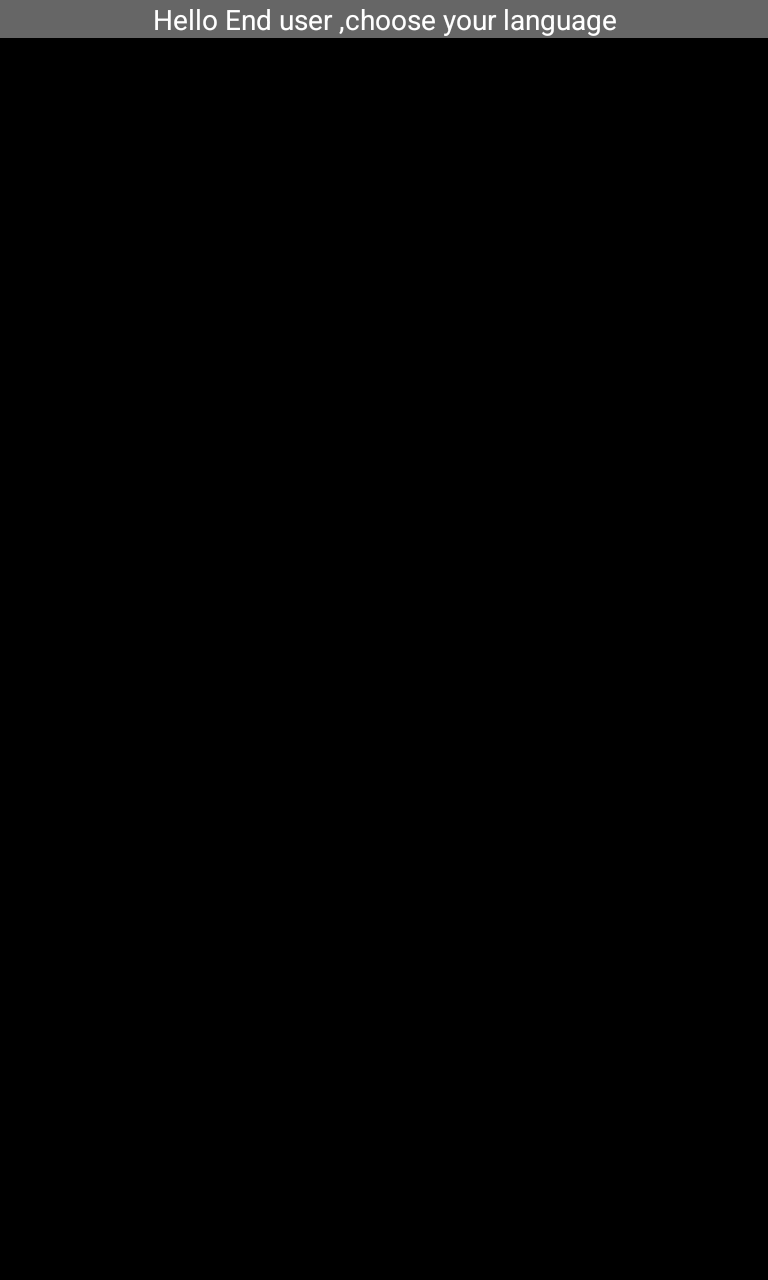
Repository: androportal/APL-apk
Layout: test/chooselanguage/res/layout/main.xml
An editor plug-in stored every save of this project. The layout is shown before and after the next save, followed by the edit.
It is drawn on a 768 x 1280 px phone screen (xhdpi) without system bars, with theme android:Theme; the app's code is not run.

Above is the layout before, as saved 2012-05-18 13:32:23.

### test/chooselanguage/res/layout/main.xml
<?xml version="1.0" encoding="utf-8"?>
<LinearLayout xmlns:android="http://schemas.android.com/apk/res/android"
    android:layout_width="fill_parent"
    android:layout_height="fill_parent"
    android:orientation="vertical" >

    <TextView
        android:layout_width="fill_parent"
        android:layout_height="wrap_content"
        android:text="@string/language"
        android:textColor="#ffffff"
        android:background="#666666"
        android:gravity="center"
         />

</LinearLayout>

### test/chooselanguage/res/values/strings.xml
<?xml version="1.0" encoding="utf-8"?>
<resources>

    <string name="language">Hello End user ,choose your language</string>
    <string name="app_name">Choose your language</string>
    <string name="open_c">C</string>
    <string name="open_scilab">w3scilab</string>
    <string name="open_cplusplus">C++</string>
    <string name="open_python">Python</string>
    <string name="open_java">Java</string>

</resources>

After the next save:
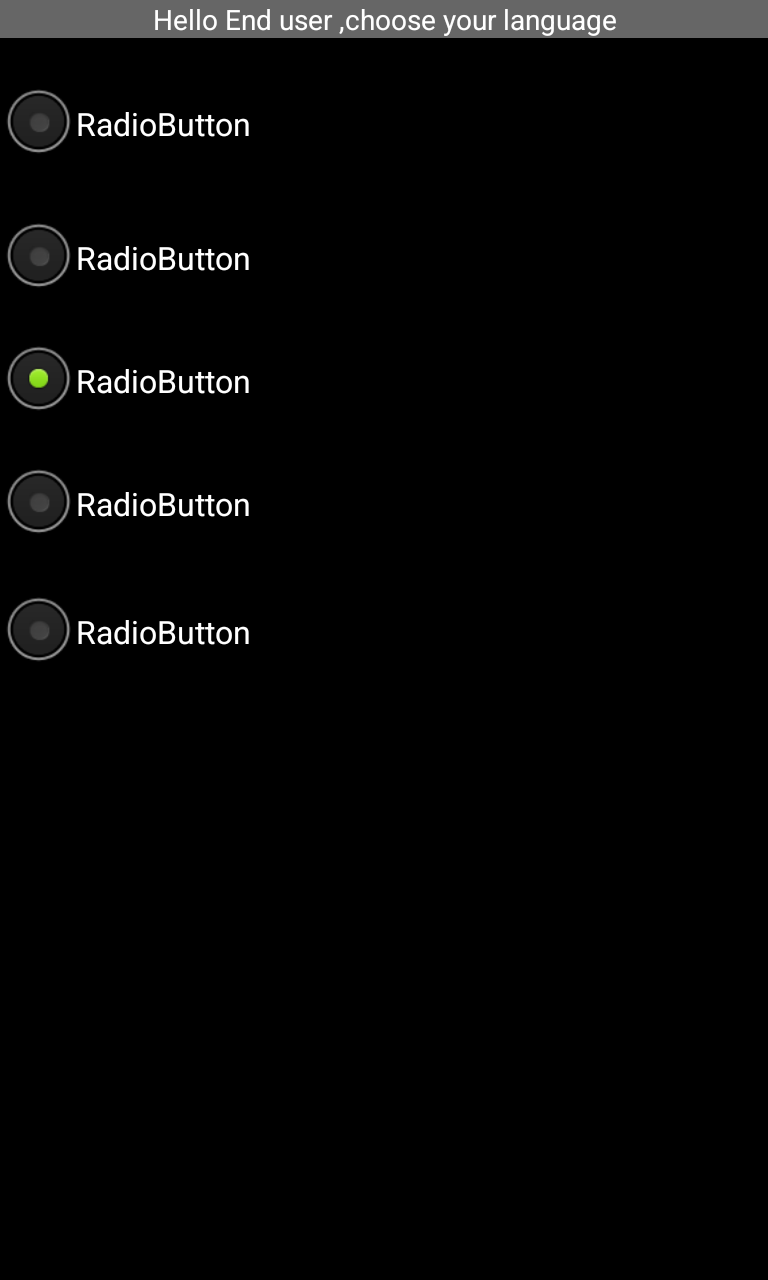
Saved 4 min 2 s later.
--- a/test/chooselanguage/res/layout/main.xml
+++ b/test/chooselanguage/res/layout/main.xml
@@ -1,16 +1,55 @@
 <?xml version="1.0" encoding="utf-8"?>
 <LinearLayout xmlns:android="http://schemas.android.com/apk/res/android"
     android:layout_width="fill_parent"
-    android:layout_height="fill_parent"
+    android:layout_height="wrap_content"
     android:orientation="vertical" >
 
     <TextView
         android:layout_width="fill_parent"
         android:layout_height="wrap_content"
-        android:text="@string/language"
-        android:textColor="#ffffff"
+        android:layout_gravity="center"
         android:background="#666666"
         android:gravity="center"
-         />
+        android:text="@string/language"
+        android:textColor="#ffffff" />
+
+    <RadioGroup
+        android:id="@+id/radioGroup1"
+        android:layout_width="wrap_content"
+        android:layout_height="match_parent" >
+
+        <RadioButton
+            android:id="@+id/radio0"
+            android:layout_width="wrap_content"
+            android:layout_height="86dp"
+            android:checked="true"
+            android:text="RadioButton" />
+
+        <RadioButton
+            android:id="@+id/RadioButton02"
+            android:layout_width="wrap_content"
+            android:layout_height="wrap_content"
+            android:checked="true"
+            android:text="RadioButton" />
+
+        <RadioButton
+            android:id="@+id/RadioButton01"
+            android:layout_width="wrap_content"
+            android:layout_height="75dp"
+            android:checked="true"
+            android:text="RadioButton" />
+
+        <RadioButton
+            android:id="@+id/radio1"
+            android:layout_width="wrap_content"
+            android:layout_height="wrap_content"
+            android:text="RadioButton" />
+
+        <RadioButton
+            android:id="@+id/radio2"
+            android:layout_width="match_parent"
+            android:layout_height="80dp"
+            android:text="RadioButton" />
+    </RadioGroup>
 
 </LinearLayout>
